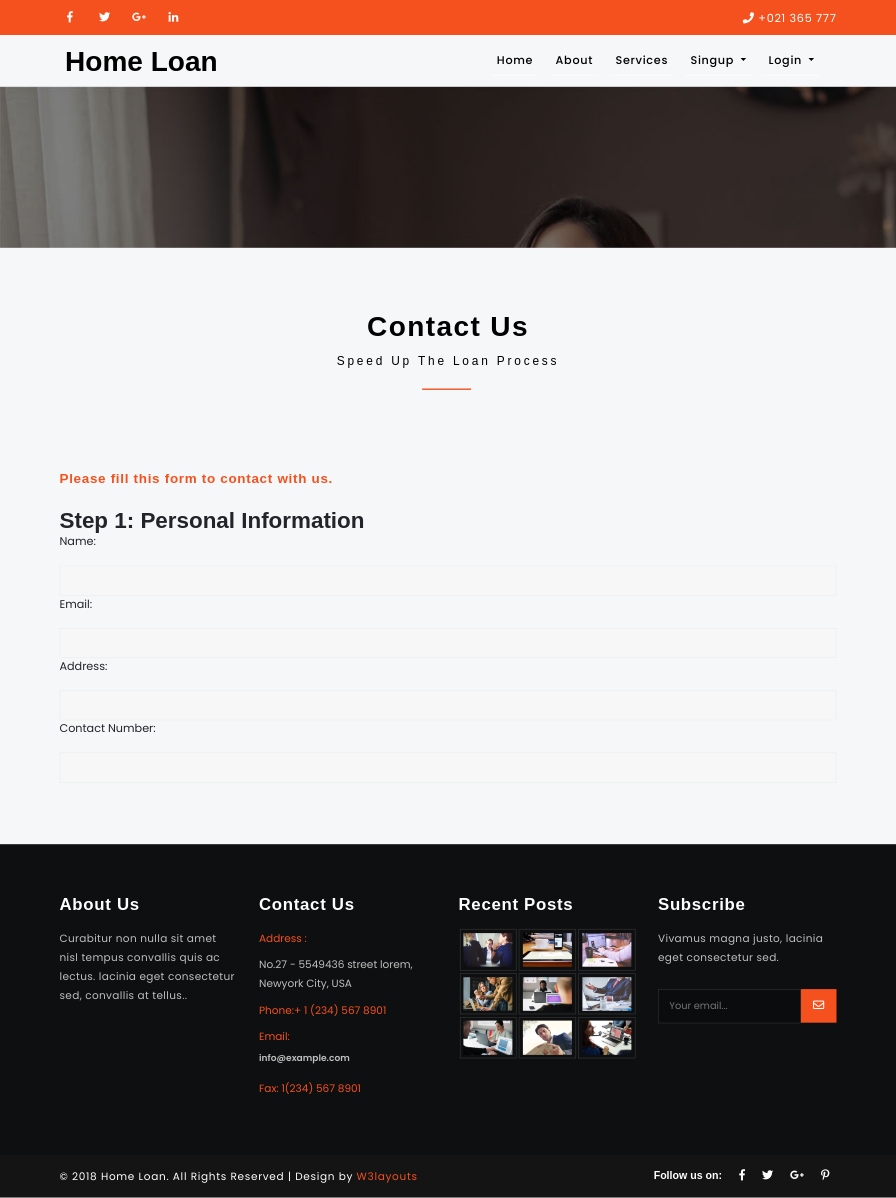
Repository: 72-faisal/Spring-MVC-project
Page: http://localhost/HomeLoan/WEB-INF/views/UserFormForLoanOnline.jsp
These files come from the project's save history. The page is drawn as it stood at one moment and after the next save; the edit follows.
The browser window is 1280 px wide. The pictures show the whole page, at 70% of full size.
Some web fonts or font styles are not loaded; a fallback is used. The page is served by Tomcat 9. Nobody is signed in. Other server files are loaded and not shown. The template is opened directly, without the code that normally fills it, so the values that code supplies are empty.

Above is the page before, as saved 2023-12-29 11:46:10.

### HomeLoan/src/main/webapp/WEB-INF/views/UserFormForLoanOnline.jsp
<%@ page language="java" contentType="text/html; charset=ISO-8859-1"
	pageEncoding="ISO-8859-1"%>

<!--
Author: W3layouts
Author URL: http://w3layouts.com
License: Creative Commons Attribution 3.0 Unported
License URL: http://creativecommons.org/licenses/by/3.0/
-->
<!DOCTYPE HTML>
<html lang="zxx">

<head>
<title>Home Loan a Banking Category Flat Bootstrap Responsive
	Website Template | Contact :: w3layouts</title>
<meta name="viewport" content="width=device-width, initial-scale=1">
<meta charset="utf-8">
<meta name="keywords"
	content="Home Loan Responsive web template, Bootstrap Web Templates, Flat Web Templates, Android Compatible web template,
SmartPhone Compatible web template, free WebDesigns for Nokia, Samsung, LG, SonyEricsson, Motorola web design" />
<script>
	addEventListener("load", function() {
		setTimeout(hideURLbar, 0);
	}, false);

	function hideURLbar() {
		window.scrollTo(0, 1);
	}
</script>

<!-- Bootstrap Core CSS -->
<link href="<%=request.getContextPath()%>/resources/css/bootstrap.css"
	rel='stylesheet' type='text/css' />
<link href="<%=request.getContextPath()%>/resources/css/style.css"
	rel='stylesheet' type='text/css' />
<!-- font-awesome icons -->
<link
	href="<%=request.getContextPath()%>/resources/css/fontawesome-all.min.css"
	rel="stylesheet">
<!-- //Custom Theme files -->
<!-- online fonts -->
<!-- titles -->
<link
	href="//fonts.googleapis.com/css?family=Raleway:300,400,500,600,700,800,900"
	rel="stylesheet">
<!-- body -->
<link
	href="//fonts.googleapis.com/css?family=Poppins:400,500,600,700,800"
	rel="stylesheet">
</head>

<body>

	<!-- header -->
	<header>
		<div class="top">
			<div class="container">
				<div class="t-op row">
					<div class="col-sm-6 top-middle">
						<ul>
							<li><a href="#"><i class="fab fa-facebook-f"></i></a></li>
							<li><a href="#"><i class="fab fa-twitter"></i></a></li>
							<li><a href="#"><i class="fab fa-google-plus-g"></i></a></li>
							<li><a href="#"><i class="fab fa-linkedin-in"></i></a></li>
						</ul>
					</div>
					<div class="col-sm-6 top-left">
						<ul>
							<li><i class="fas fa-phone"></i> +021 365 777</li>
						</ul>
					</div>
				</div>
			</div>
		</div>
		<div class="container">
			<nav class="navbar navbar-expand-lg navbar-light">
				<h1>
					<a class="navbar-brand text-capitalize" href=index> Home Loan </a>
				</h1>
				<button class="navbar-toggler" type="button" data-toggle="collapse"
					data-target="#navbarSupportedContent"
					aria-controls="navbarSupportedContent" aria-expanded="false"
					aria-label="Toggle navigation">
					<span class="navbar-toggler-icon"></span>
				</button>

				<div class="collapse navbar-collapse" id="navbarSupportedContent">
					<ul class="navbar-nav text-center  ml-lg-auto">
						<li class="nav-item mr-3"><a class="nav-link" href=index>Home
								<span class="sr-only">(current)</span>
						</a></li>
						<li class="nav-item  mr-3"><a class="nav-link" href="about">About</a>
						</li>
						<li class="nav-item  mr-3"><a class="nav-link"
							href="services">Services</a></li>
						<li class="nav-item dropdown mr-3"><a
							class="nav-link dropdown-toggle" href="#" id="navbarDropdown"
							role="button" data-toggle="dropdown" aria-haspopup="true"
							aria-expanded="false"> Singup </a>
							<div class="dropdown-menu" aria-labelledby="navbarDropdown">
								<a class="dropdown-item" href="UserRegister">Register</a>
								<!-- <a class="dropdown-item" href="gallery">Gallery</a> -->
							</div></li>
						<li class="nav-item dropdown mr-3"><a
							class="nav-link dropdown-toggle" href="#" id="navbarDropdown"
							role="button" data-toggle="dropdown" aria-haspopup="true"
							aria-expanded="false"> Login </a>
							<div class="dropdown-menu" aria-labelledby="navbarDropdown">
								<a class="dropdown-item" href="UserLogin">Login</a>
								<!-- <a class="dropdown-item" href="gallery">Gallery</a> -->
							</div></li>
						<!-- 	<li class="nav-item active"><a class="nav-link"
							href="contact">contact</a></li> -->
					</ul>
				</div>
			</nav>
		</div>
	</header>
	<!-- //header -->
	<!-- banner -->
	<section class="banner-1"></section>
	<!-- //banner -->
	<!--/contact-->
	<section class="contact py-5">
		<div class="container py-md-4 mt-md-3">
			<h2 class="heading-agileinfo">
				Contact Us<span>Speed Up The Loan Process</span>
			</h2>
			<span class="w3-line black"></span>
			<div class="inner-sec-w3layouts-agileinfo mt-md-5 pt-5">

				<div class="contact_grid_right mt-5">
					<h6>Please fill this form to contact with us.</h6>
					<form action="UploadDocuments" method="post" enctype="multipart/form-data">
						 <!-- Step 1: Personal Information -->
    						<h2>Step 1: Personal Information</h2>
    						<label for="lname">Name:</label>
	    					<input type="text" id="lname" name="lname" required>
	    					<label for="lemail">Email:</label>
	    					<input type="text" id="lemail" name="lemail" required>
    						<label for="laddress">Address:</label>
   							<input type="text" id="laddress" name="laddress" required>
    						<label for="lcontact">Contact Number:</label>
						   	<input type="text" id="lcontact" name="lcontact" required>
    					</form>
				</div>
			</div>
		</div>
	</section>
	<!--//contact-->
	<!--footer-->
	<footer>
		<div class="container py-md-4 mt-md-3">
			<div class="row footer-top-w3layouts-agile py-5">
				<div class="col-lg-3 col-md-6 col-sm-6 footer-grid">
					<div class="footer-title">
						<h3>About Us</h3>
					</div>
					<div class="footer-text">
						<p>Curabitur non nulla sit amet nisl tempus convallis quis ac
							lectus. lacinia eget consectetur sed, convallis at tellus..</p>

					</div>
				</div>
				<div class="col-lg-3 col-md-6 col-sm-6 footer-grid">
					<div class="footer-title">
						<h3>Contact Us</h3>
					</div>
					<div class="footer-office-hour">
						<ul>
							<li class="hd">Address :</li>
							<li>No.27 - 5549436 street lorem, Newyork City, USA</li>

						</ul>
						<ul>
							<li class="hd">Phone:+ 1 (234) 567 8901</li>
							<li class="hd">Email: <a href="mailto:info@example.com">info@example.com</a>
							</li>
							<li class="hd">Fax: 1(234) 567 8901</li>
						</ul>
					</div>
				</div>
				<div class="col-lg-3 col-md-6 col-sm-6 footer-grid">
					<div class="footer-title">
						<h3>Recent Posts</h3>
					</div>
					<div class="footer-list">
						<div class="flickr-grid">
							<a href="#" data-toggle="modal" data-target="#myModal"> <img
								src="<%=request.getContextPath()%>/resources/images/g1.jpg"
								class="img-fluid" alt=" ">
							</a>
						</div>
						<div class="flickr-grid">
							<a href="#" data-toggle="modal" data-target="#myModal"> <img
								src="<%=request.getContextPath()%>/resources/images/g2.jpg"
								class="img-fluid" alt=" ">
							</a>
						</div>
						<div class="flickr-grid">
							<a href="#" data-toggle="modal" data-target="#myModal"> <img
								src="<%=request.getContextPath()%>/resources/images/g3.jpg"
								class="img-fluid" alt=" ">
							</a>
						</div>
						<div class="flickr-grid">
							<a href="#" data-toggle="modal" data-target="#myModal"> <img
								src="<%=request.getContextPath()%>/resources/images/g4.jpg"
								class="img-fluid" alt=" ">
							</a>
						</div>
						<div class="flickr-grid">
							<a href="#" data-toggle="modal" data-target="#myModal"> <img
								src="<%=request.getContextPath()%>/resources/images/g5.jpg"
								class="img-fluid" alt=" ">
							</a>
						</div>
						<div class="flickr-grid">
							<a href="#" data-toggle="modal" data-target="#myModal"> <img
								src="<%=request.getContextPath()%>/resources/images/g6.jpg"
								class="img-fluid" alt=" ">
							</a>
						</div>
						<div class="flickr-grid">
							<a href="#" data-toggle="modal" data-target="#myModal"> <img
								src="<%=request.getContextPath()%>/resources/images/g7.jpg"
								class="img-fluid" alt=" ">
							</a>
						</div>
						<div class="flickr-grid">
							<a href="#" data-toggle="modal" data-target="#myModal"> <img
								src="<%=request.getContextPath()%>/resources/images/g9.jpg"
								class="img-fluid" alt=" ">
							</a>
						</div>
						<div class="flickr-grid">
							<a href="#" data-toggle="modal" data-target="#myModal"> <img
								src="<%=request.getContextPath()%>/resources/images/g8.jpg"
								class="img-fluid" alt=" ">
							</a>
						</div>
						<div class="clearfix"></div>
					</div>
				</div>
				<div class="col-lg-3 col-md-6 col-sm-6 footer-grid">
					<div class="footer-title">
						<h3>Subscribe</h3>
					</div>
					<p>Vivamus magna justo, lacinia eget consectetur sed.</p>
					<form action="#" method="post" class="newsletter">
						<input class="email" type="email" placeholder="Your email..."
							required="">
						<button class="btn1">
							<i class="far fa-envelope"></i>
						</button>
					</form>
					<div class="clearfix"></div>
				</div>
			</div>
		</div>
	</footer>
	<!---->
	<div class="copyright py-3">
		<div class="container">
			<div class="copyrighttop">
				<ul>
					<li>
						<h4>Follow us on:</h4>
					</li>
					<li><a class="facebook" href="#"> <i
							class="fab fa-facebook-f"></i>
					</a></li>
					<li><a class="facebook" href="#"> <i
							class="fab fa-twitter"></i>
					</a></li>
					<li><a class="facebook" href="#"> <i
							class="fab fa-google-plus-g"></i>
					</a></li>
					<li><a class="facebook" href="#"> <i
							class="fab fa-pinterest-p"></i>
					</a></li>
				</ul>
			</div>
			<div class="copyrightbottom">
				<p>
					© 2018 Home Loan. All Rights Reserved | Design by <a
						href="http://w3layouts.com/">W3layouts</a>
				</p>
			</div>
			<div class="clearfix"></div>
		</div>
	</div>
	<!-- Modal -->
	<div class="modal fade" id="myModal" tabindex="-1" role="dialog"
		aria-labelledby="exampleModalCenterTitle" aria-hidden="true">
		<div class="modal-dialog modal-dialog-centered" role="document">
			<div class="modal-content">
				<div class="modal-header">
					<h4 class="modal-title">Home Loan</h4>
					<button type="button" class="close" data-dismiss="modal"
						aria-label="Close">
						<span aria-hidden="true">&times;</span>
					</button>
				</div>
				<div class="modal-body">
					<div class="agileits-w3layouts-info">
						<img src="<%=request.getContextPath()%>/resources/images/g6.jpg"
							class="img-fluid" alt="" />
						<p>Duis venenatis, turpis eu bibendum porttitor, sapien quam
							ultricies tellus, ac rhoncus risus odio eget nunc. Pellentesque
							ac fermentum diam. Integer eu facilisis nunc, a iaculis felis.
							Pellentesque pellentesque tempor enim, in dapibus turpis
							porttitor quis.</p>
					</div>
				</div>
				<div class="modal-footer">
					<button type="button" class="btn btn-secondary"
						data-dismiss="modal">Close</button>
					<button type="button" class="btn btn-primary">Save changes</button>
				</div>
			</div>
		</div>
	</div>
	<!-- //Modal -->
	<!-- js-->
	<script
		src="<%=request.getContextPath()%>/resources/js/jquery-2.2.3.min.js"></script>
	<!-- js-->
	<!-- Bootstrap Core JavaScript -->
	<script src="<%=request.getContextPath()%>/resources/js/bootstrap.js ">

	</script>
	<!-- //Bootstrap Core JavaScript -->
</body>
</html>

Loaded but not shown: HomeLoan/src/main/webapp/WEB-INF/resources/assets/css/bootstrap.css (library); HomeLoan/src/main/webapp/WEB-INF/resources/assets/css/fontawesome-all.min.css (library); HomeLoan/src/main/webapp/WEB-INF/resources/assets/js/jquery-2.2.3.min.js (library); HomeLoan/src/main/webapp/WEB-INF/resources/assets/js/bootstrap.js (library); HomeLoan/src/main/webapp/WEB-INF/resources/assets/css/style.css (2094 lines, source omitted)

After the next save:
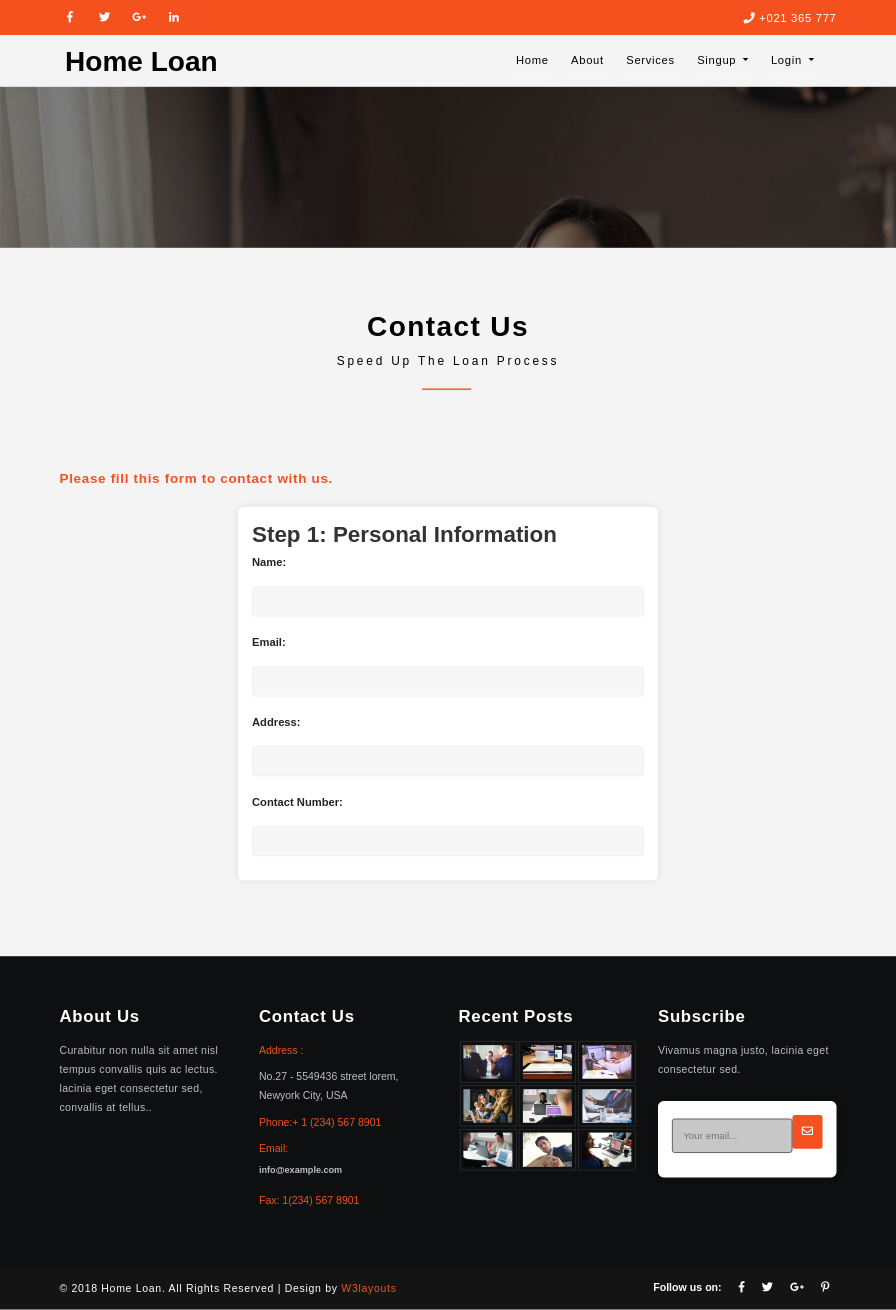
Saved 32 s later.
--- a/HomeLoan/src/main/webapp/WEB-INF/views/UserFormForLoanOnline.jsp
+++ b/HomeLoan/src/main/webapp/WEB-INF/views/UserFormForLoanOnline.jsp
@@ -47,6 +47,78 @@ SmartPhone Compatible web template, free WebDesigns for Nokia, Samsung, LG, Sony
 <link
 	href="//fonts.googleapis.com/css?family=Poppins:400,500,600,700,800"
 	rel="stylesheet">
+	<style type="text/css">
+	body {
+    font-family: 'Arial', sans-serif;
+    background-color: #f4f4f4;
+    margin: 0;
+    padding: 0;
+}
+
+form {
+    background-color: #fff;
+    max-width: 600px;
+    margin: 20px auto;
+    padding: 20px;
+    border-radius: 8px;
+    box-shadow: 0 0 10px rgba(0, 0, 0, 0.1);
+}
+
+h2 {
+    color: #333;
+}
+
+label {
+    display: block;
+    margin-top: 10px;
+    font-weight: bold;
+}
+
+input {
+    width: 100%;
+    padding: 10px;
+    margin-top: 5px;
+    margin-bottom: 15px;
+    box-sizing: border-box;
+    border: 1px solid #ccc;
+    border-radius: 4px;
+}
+
+button {
+    background-color: #007bff;
+    color: #fff;
+    border: none;
+    padding: 10px 20px;
+    border-radius: 4px;
+    cursor: pointer;
+}
+
+button:hover {
+    background-color: #0056b3;
+}
+
+/* Style for each step/page */
+#step1, #step2, #step3 {
+    display: none;
+}
+
+/* Common styling for steps */
+#step1 h2, #step2 h2, #step3 h2 {
+    color: #333;
+    border-bottom: 2px solid #ccc;
+    padding-bottom: 10px;
+    margin-bottom: 20px;
+}
+
+/* Responsive styling for small screens */
+@media (max-width: 600px) {
+    form {
+        margin: 10px;
+        padding: 15px;
+    }
+}
+
+	</style>
 </head>
 
 <body>
